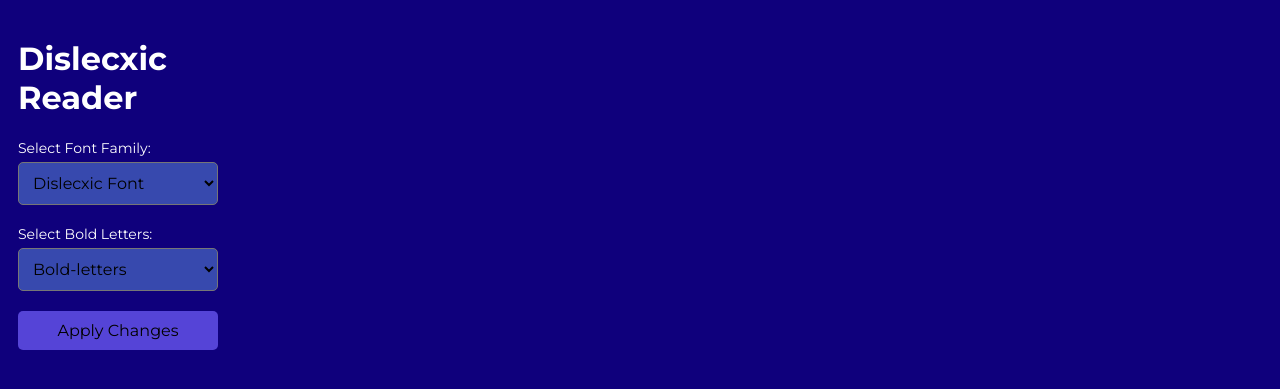
Repository: adatechschool/extension-navigateur-extension_walid_eliana_imelda
Page: Extention 3/popup.html
These files come from the project's save history. The page is drawn as it stood at one moment and after the next save; the edit follows.
The browser window is 1280 px wide. The pictures show the whole page.

Above is the page before, as saved 2024-01-14 00:20:09.

After the next save:
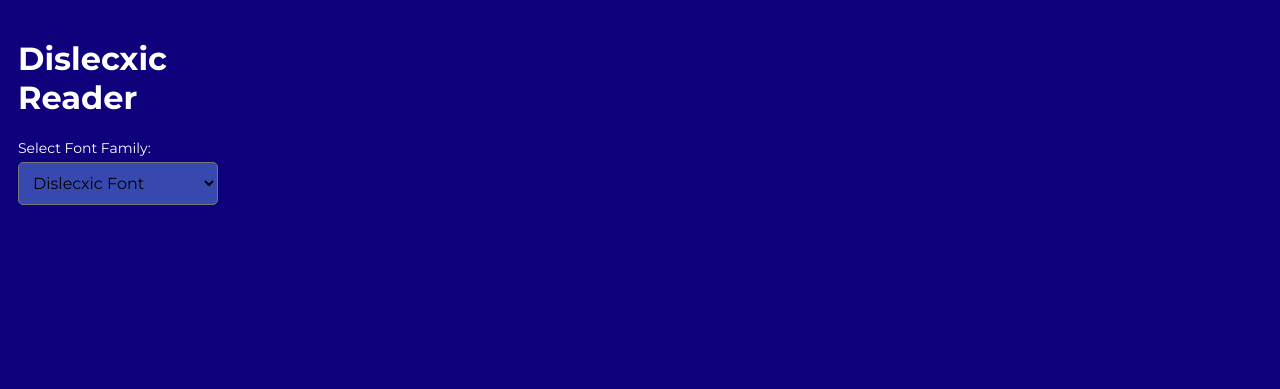
Console error: TypeError: Cannot read properties of null (reading 'addEventListener')
Saved 92 s later.
--- a/Extention 3/popup.html
+++ b/Extention 3/popup.html
@@ -18,18 +18,12 @@
   <select id="font-family">
 
     <option value= "Montserrat:wght@400;">Dislecxic Font</option>
+    <option value="s" value="z" value="p" value="b">Lettres en Gras</option>
 
-    <option value="Arial"> Lettres en Gras</option>
 
     <option value="Rockwell"> Le deux</option>
     <!-- Add more font options as needed -->
-  </select>
 
-  <label for="bold-letters">Select Bold Letters:</label>
-  <select id="bold-letters" >
-    <option value="s" value="z" value="p" value="b">Bold-letters</option>
-
-  </select>
 
 
   <button id="apply-button">Apply Changes</button>

After the save that followed:
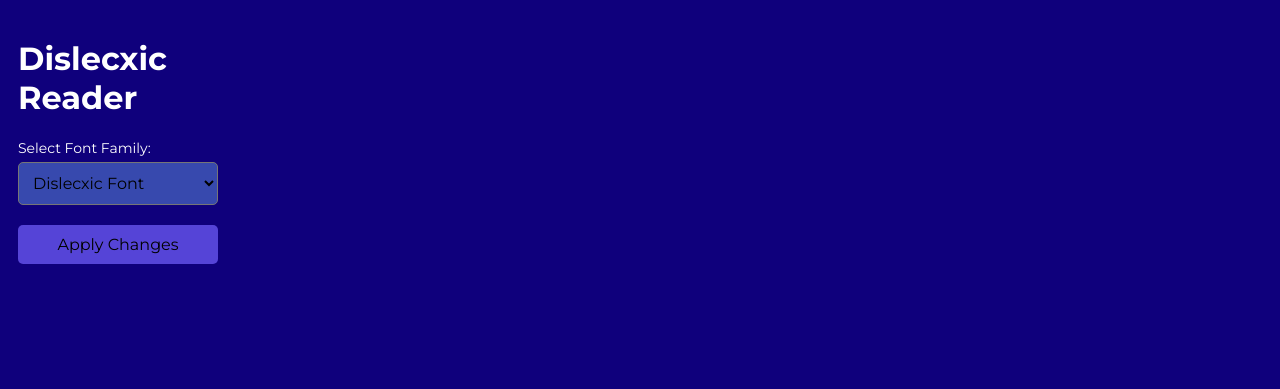
The error is gone.
Saved 64 s later.
--- a/Extention 3/popup.html
+++ b/Extention 3/popup.html
@@ -23,6 +23,8 @@
 
     <option value="Rockwell"> Le deux</option>
     <!-- Add more font options as needed -->
+  </select>
+
 
 
 
